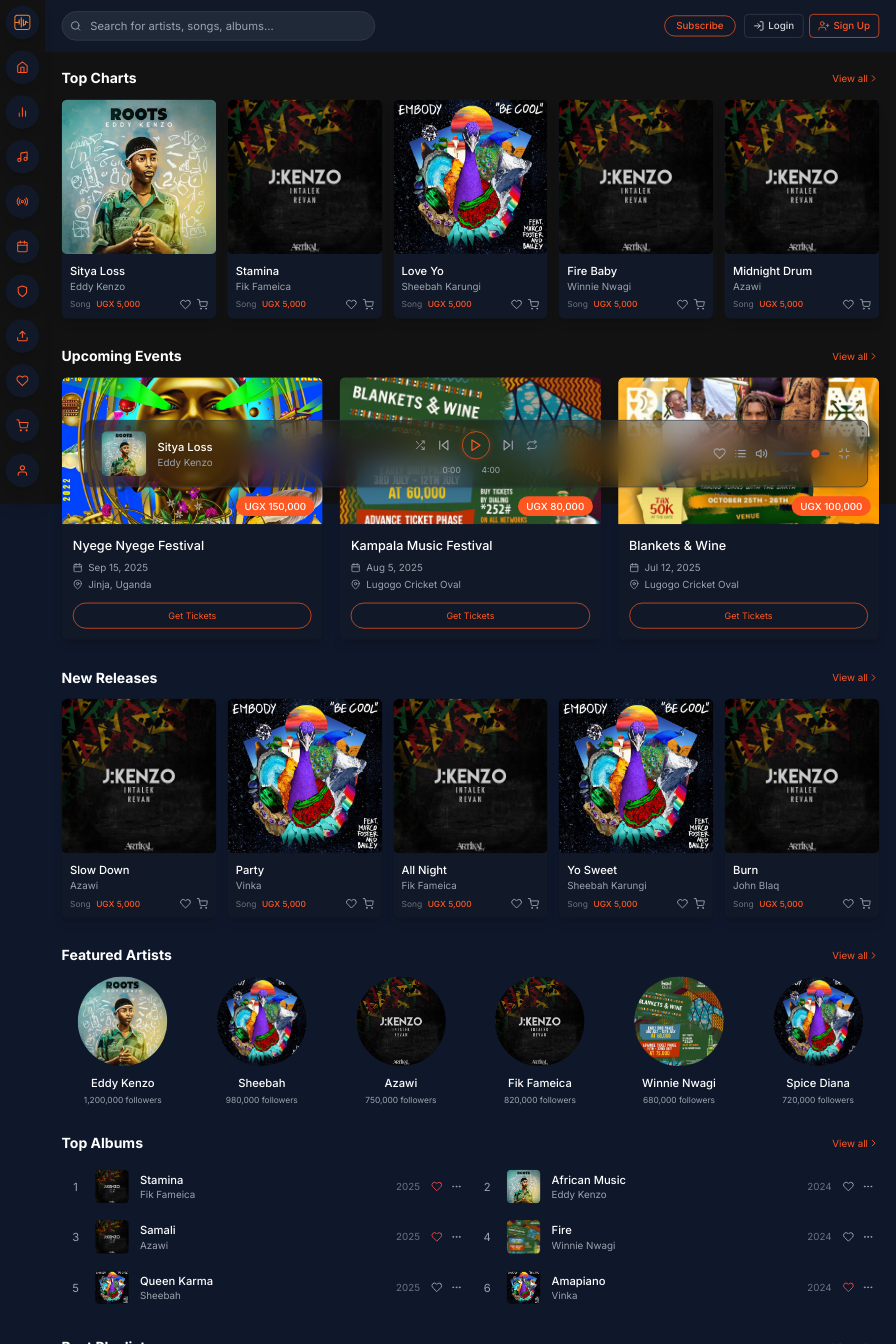
Repository: kaizoku010/sauti-box
Page: /
These files come from the project's save history. The page is drawn as it stood at one moment and after the next save; the edit follows.
The browser window is 1280 px wide. The pictures show the part of the page from y = 0 to 1920 px (the page is 2659 px tall), at 70% of full size.
The project was rebuilt for these pictures with package versions that can differ from the ones it lists, and the page was loaded fresh each time. The framework's server and built-in components were replaced by stand-ins that run in the browser. Also part of the build but not shown: next.config.mjs, next.config.ts, src/components/PaymentModal.tsx.

Above is the page before, as saved 2025-04-20 21:03:44.

After the next save:
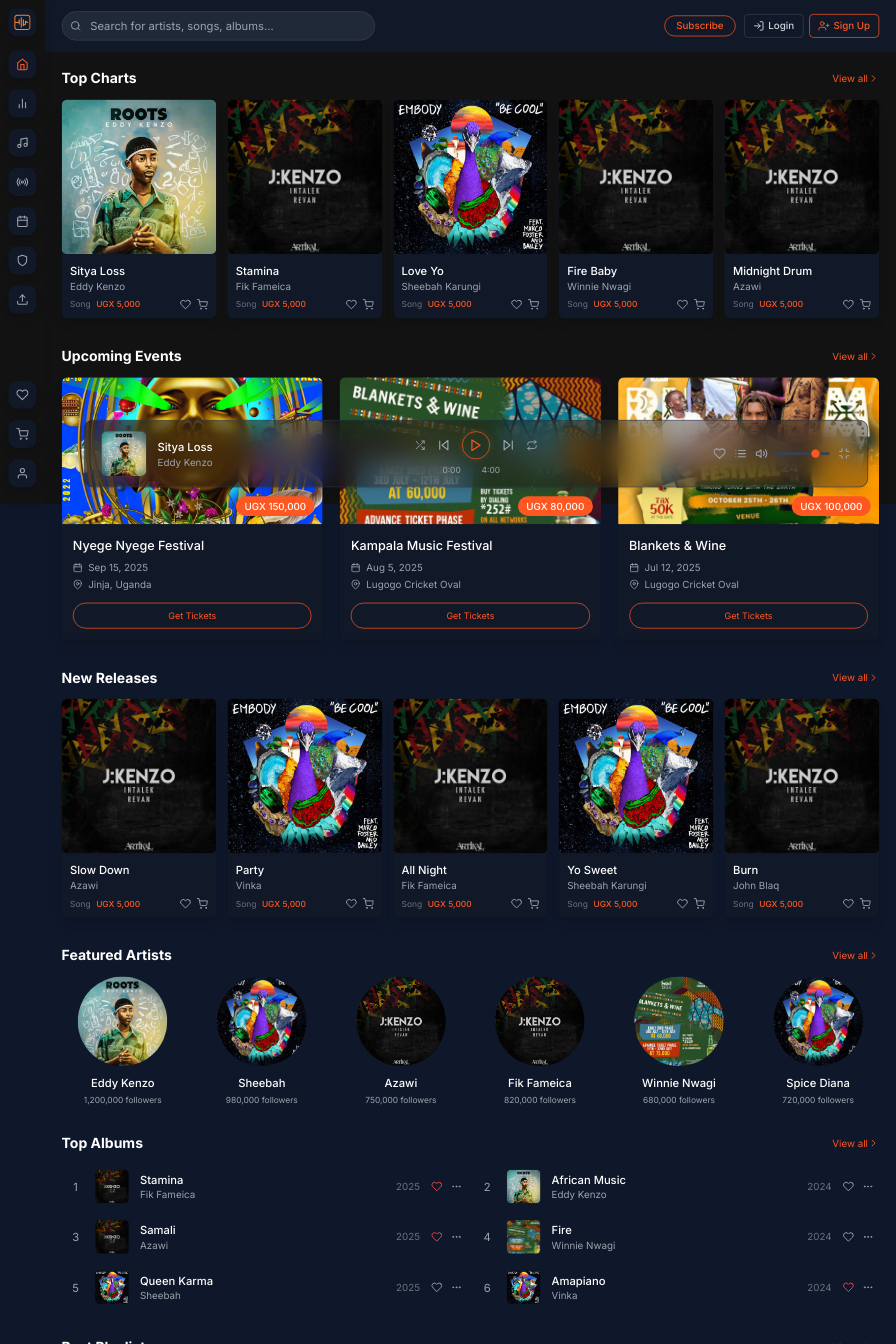
Saved 16 s later.
--- a/src/app/globals.css
+++ b/src/app/globals.css
@@ -19,10 +19,10 @@
 @layer components {
   .sidebar-icon {
     @apply relative flex items-center justify-center mt-2 mb-2 mx-auto shadow-lg
-    bg-gray-900 text-primary hover:bg-primary hover:text-white
-    rounded-3xl hover:rounded-xl transition-all duration-300 ease-linear cursor-pointer;
-    height: 3rem;
-    width: 3rem;
+    bg-gray-900 text-gray-400 hover:text-primary
+    rounded-xl transition-all duration-300 ease-linear cursor-pointer;
+    height: 2.5rem;
+    width: 2.5rem;
   }
 
   .sidebar-tooltip {
